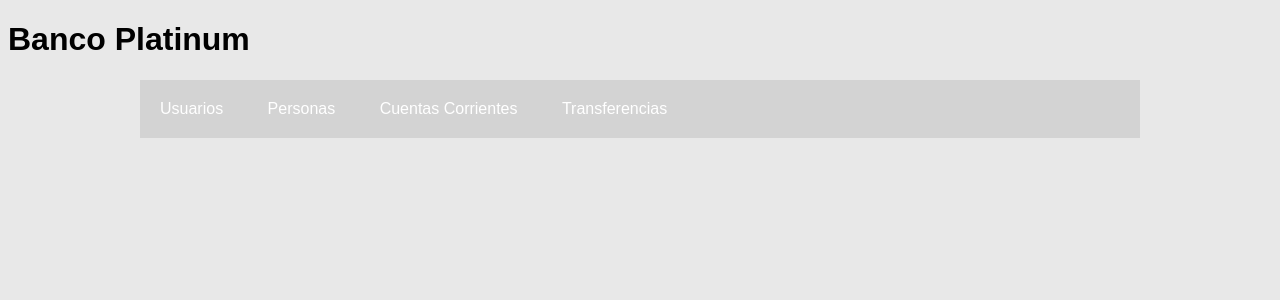
Repository: miguelalvarezcl/examen
Page: http://localhost/CtaCorriente/home.jsp
The author's editor kept a copy of each file at every save. The page is drawn from the files as they stood at one save, then again after the next save.
The browser window is 1280 px wide. The pictures show the whole page.
The page is served by Tomcat 9. Other server files are loaded and not shown.

Above is the page before, as saved 2021-11-12 22:31:29.

### CtaCorriente/WebContent/home.jsp
<%@ page language="java" contentType="text/html; charset=utf-8"
    pageEncoding="utf-8"%>
<!DOCTYPE html>
<html>
<head>
<meta charset="utf-8">
<title>:::... Banco Platinum ...:::</title>
</head>
<body>
	<div style="text-align: left">
		<h1>Banco Platinum</h1>
	</div>
		<ul class="menu">
			<li><a href="http://localhost:49670/CtaCorriente/">Usuarios</a></li>
			<li><a href="http://localhost:49670/CtaCorriente/listPersonabd">Personas</a></li>
			<li><a href="http://localhost:49670/CtaCorriente/listCuentabd">Cuentas Corrientes</a></li>
			<li><a href="http://localhost:49670/CtaCorriente/listTransferencia">Transferencias</a></li>

		</ul>

</body>
</html>
<style>
body{
	font-family: arial, helvetica;
	background: #e8e8e8;
}


.menu{
	list-style: none;
	padding: 0;
	background: #D3D3D3;
	width: 85%;
	max-width: 1000px;
	margin: auto;
}

.menu li a{
	text-decoration: none;
	color: white;
	padding: 20px;
	display: block;
}

.menu li{
	display: inline-block;
	text-align: center;
}

.menu li a:hover{
	background: #ef8354;
}


</style>

After the next save:
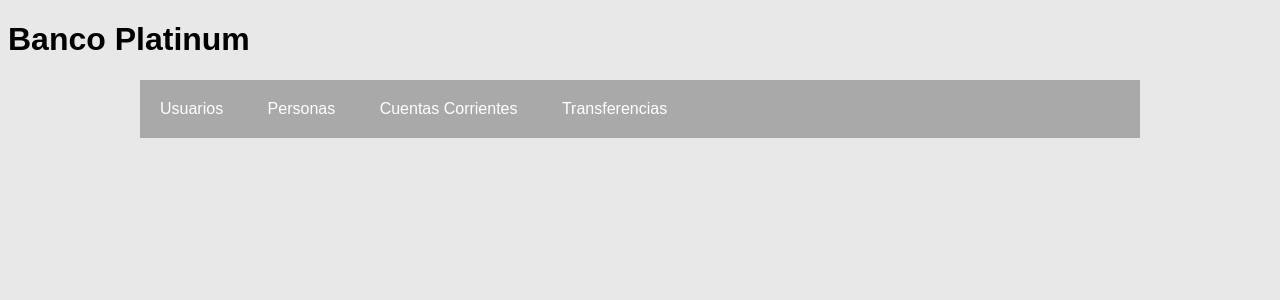
Saved 36 s later.
--- a/CtaCorriente/WebContent/home.jsp
+++ b/CtaCorriente/WebContent/home.jsp
@@ -30,7 +30,7 @@ body{
 .menu{
 	list-style: none;
 	padding: 0;
-	background: #D3D3D3;
+	background: #A9A9A9;
 	width: 85%;
 	max-width: 1000px;
 	margin: auto;
